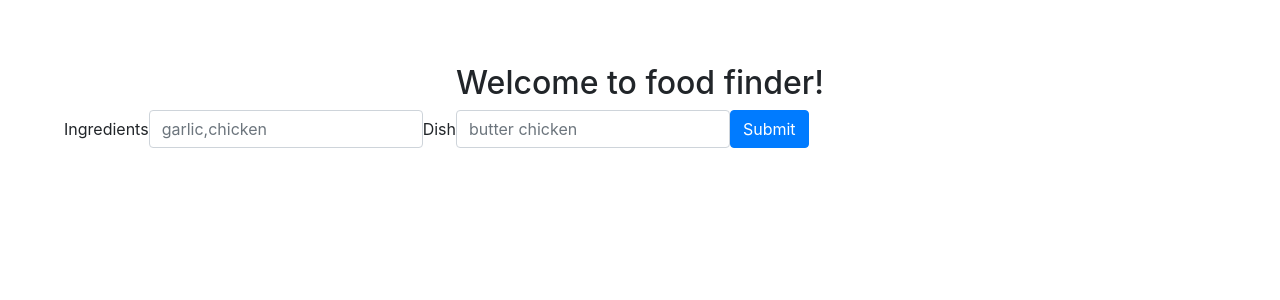
Repository: ratanparmar/receipesearch
Page: /
These files come from the project's save history. The page is drawn as it stood at one moment and after the next save; the edit follows.
The browser window is 1280 px wide. The pictures show the whole page.
The project was rebuilt for these pictures with package versions that can differ from the ones it lists, and the page was loaded fresh each time.

Above is the page before, as saved 2019-12-10 16:15:18.

### public/index.html
<!DOCTYPE html>
<html lang="en">
  <head>
    <meta charset="utf-8" />
    <link rel="icon" href="%PUBLIC_URL%/favicon.ico" />
    <meta name="viewport" content="width=device-width, initial-scale=1" />
    <meta name="theme-color" content="#000000" />
    <meta
      name="description"
      content="Web site created using create-react-app"
    />
    <link rel="apple-touch-icon" href="%PUBLIC_URL%/logo192.png" />
    <!--
      manifest.json provides metadata used when your web app is installed on a
      user's mobile device or desktop. See https://developers.google.com/web/fundamentals/web-app-manifest/
    -->
    <link rel="manifest" href="%PUBLIC_URL%/manifest.json" />
    <!--
      Notice the use of %PUBLIC_URL% in the tags above.
      It will be replaced with the URL of the `public` folder during the build.
      Only files inside the `public` folder can be referenced from the HTML.

      Unlike "/favicon.ico" or "favicon.ico", "%PUBLIC_URL%/favicon.ico" will
      work correctly both with client-side routing and a non-root public URL.
      Learn how to configure a non-root public URL by running `npm run build`.
    -->
    <link rel="stylesheet" href="https://stackpath.bootstrapcdn.com/bootstrap/4.3.1/css/bootstrap.min.css" integrity="sha384-ggOyR0iXCbMQv3Xipma34MD+dH/1fQ784/j6cY/iJTQUOhcWr7x9JvoRxT2MZw1T" crossorigin="anonymous">

    <title>React App</title>
  </head>
  <body>
    <noscript>You need to enable JavaScript to run this app.</noscript>
    <div id="root"></div>
    <!--
      This HTML file is a template.
      If you open it directly in the browser, you will see an empty page.

      You can add webfonts, meta tags, or analytics to this file.
      The build step will place the bundled scripts into the <body> tag.

      To begin the development, run `npm start` or `yarn start`.
      To create a production bundle, use `npm run build` or `yarn build`.
    -->
  </body>
</html>

### src/index.js
import React from 'react'
import ReactDOM from 'react-dom'
import App from './components/App'
ReactDOM.render( <App/>,document.getElementById('root'))

### src/components/App.js
import React , { Component } from 'react'

import Searchbar from './Searchbar'
import '../style/index.css'

class App extends Component{
    render(){
        return(
            <div>
                <h2> Welcome to food finder!
                </h2>
                <div>
                    <Searchbar/>
                </div>
            </div>
        )
    }
}

export default App;

### src/components/Searchbar.js
import React,{ Component } from 'react'
import {Form, FormControl,FormGroup,FormLabel,Button} from 'react-bootstrap'

class Searchbar extends Component{
    render(){
        // Use FormLable in place off ControlLabel
        return(
            <Form inline>
                <FormGroup>
                    <FormLabel>Ingredients</FormLabel>
                    {''}
                        <FormControl type="text" placeholder='garlic,chicken'/>
                </FormGroup>
                {''}
                <FormGroup>
                    <FormLabel>Dish</FormLabel>
                    {''}
                    <FormControl type="text" placeholder='butter chicken'/>
                </FormGroup>
                {''}
                <Button>Submit</Button>
            </Form>
        )
    }
}
export default Searchbar;

### src/style/index.css
body{
    text-align: center;
    padding: 5%;
}

.App{
    text-align: center;
    padding: 5%;
}

After the next save:
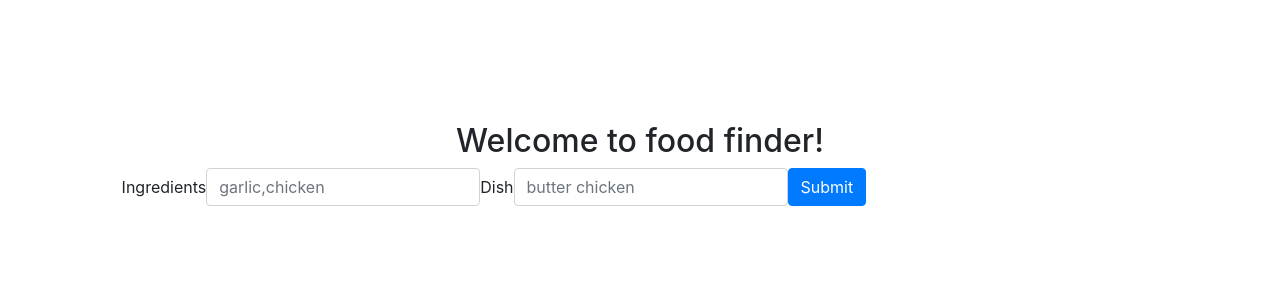
Saved 10 s later.
--- a/src/components/App.js
+++ b/src/components/App.js
@@ -6,7 +6,7 @@
 class App extends Component{
     render(){
         return(
-            <div>
+            <div className="App">
                 <h2> Welcome to food finder!
                 </h2>
                 <div>

After the save that followed:
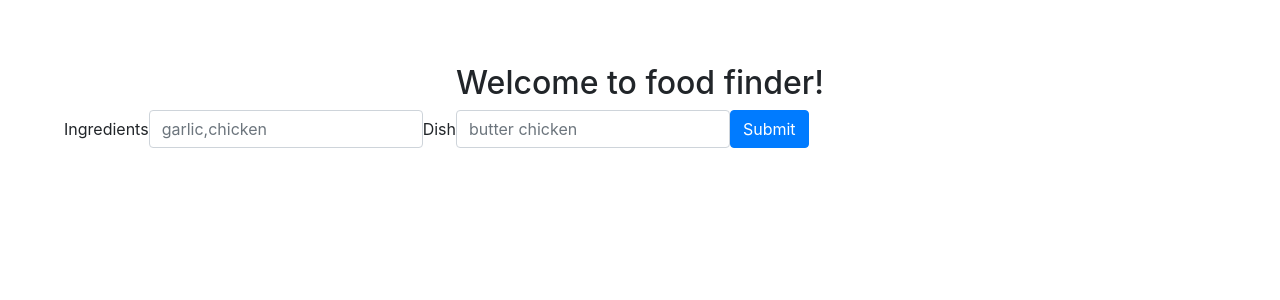
Saved 13 s later.
--- a/src/components/App.js
+++ b/src/components/App.js
@@ -6,7 +6,7 @@
 class App extends Component{
     render(){
         return(
-            <div className="App">
+            <div>
                 <h2> Welcome to food finder!
                 </h2>
                 <div>
